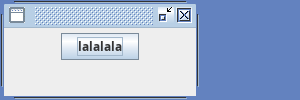
Repository: raul-villalva/laboratorio_2013
Program's window: java Practica4/src/Ventana/Ventana.java
These files come from the project's save history. The program's window is drawn as it stood at one moment and after the next save; the edit follows.
It runs on Java 21 on a 1366 x 768 screen with the Metal look.

Above is the program's window before, as saved 2013-09-26 17:30:19.

After the next save:
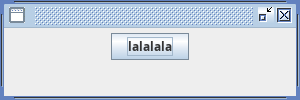
Saved 10 s later.
--- a/Practica4/src/Ventana/Ventana.java
+++ b/Practica4/src/Ventana/Ventana.java
@@ -16,7 +16,7 @@
 
 	public Ventana(){
 
-		setSize(200,100);
+		setSize(300,100);
 
 		JPanel panel= new JPanel();
 		JButton boton = new JButton("lalalala");
